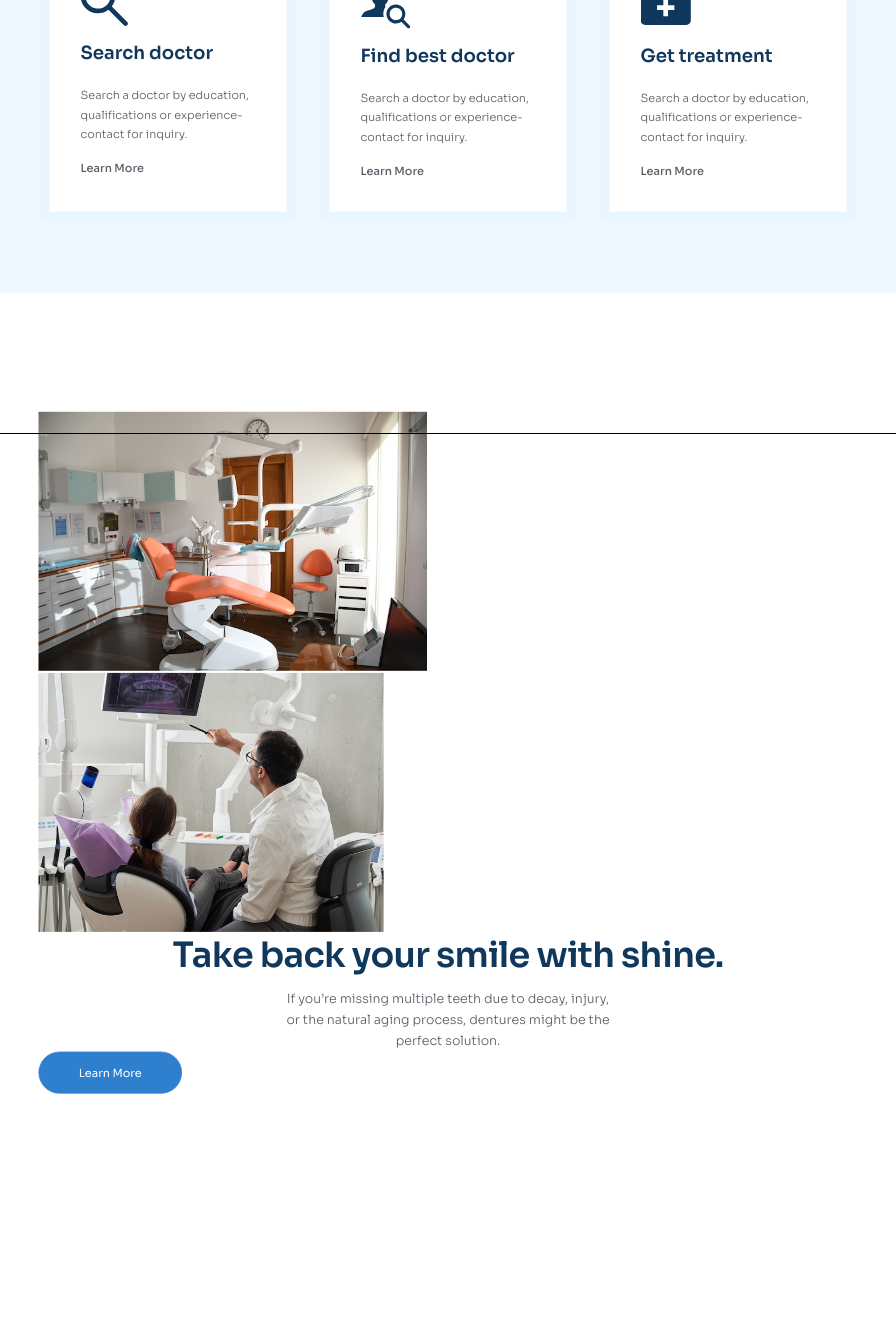
Repository: han2003dz/f8-project-03
Page: index.html
An editor plug-in stored every save of this project. The page is shown before and after the next save, followed by the edit.
The browser window is 1280 px wide. The pictures show the part of the page from y = 2285 to 4205 px (the page is 6000 px tall), at 70% of full size.

Above is the page before, as saved 2023-05-06 20:57:19.

### index.html
<!DOCTYPE html>
<html lang="en">

<head>
    <meta charset="UTF-8">
    <meta http-equiv="X-UA-Compatible" content="IE=edge">
    <meta name="viewport" content="width=device-width, initial-scale=1.0">
    <title>Shine Smile</title>
    <!-- favicon -->
    <link rel="apple-touch-icon" sizes="57x57" href="./assets/favicon/apple-icon-57x57.png">
    <link rel="apple-touch-icon" sizes="60x60" href="./assets/favicon/apple-icon-60x60.png">
    <link rel="apple-touch-icon" sizes="72x72" href="./assets/favicon/apple-icon-72x72.png">
    <link rel="apple-touch-icon" sizes="76x76" href="./assets/favicon/apple-icon-76x76.png">
    <link rel="apple-touch-icon" sizes="114x114" href="./assets/favicon/apple-icon-114x114.png">
    <link rel="apple-touch-icon" sizes="120x120" href="./assets/favicon/apple-icon-120x120.png">
    <link rel="apple-touch-icon" sizes="144x144" href="./assets/favicon/apple-icon-144x144.png">
    <link rel="apple-touch-icon" sizes="152x152" href="./assets/favicon/apple-icon-152x152.png">
    <link rel="apple-touch-icon" sizes="180x180" href="./assets/favicon/apple-icon-180x180.png">
    <link rel="icon" type="image/png" sizes="192x192" href="./assets/favicon/android-icon-192x192.png">
    <link rel="icon" type="image/png" sizes="32x32" href="./assets/favicon/favicon-32x32.png">
    <link rel="icon" type="image/png" sizes="96x96" href="./assets/favicon/favicon-96x96.png">
    <link rel="icon" type="image/png" sizes="16x16" href="./assets/favicon/favicon-16x16.png">
    <link rel="manifest" href="./assets/favicon/manifest.json">
    <meta name="msapplication-TileColor" content="#ffffff">
    <meta name="msapplication-TileImage" content="./assets/favicon/ms-icon-144x144.png">
    <meta name="theme-color" content="#ffffff">
    <!-- embed font -->
    <link rel="preconnect" href="https://fonts.googleapis.com">
    <link rel="preconnect" href="https://fonts.gstatic.com" crossorigin>
    <link href="https://fonts.googleapis.com/css2?family=Sora:wght@300;400;500;600;700&display=swap" rel="stylesheet">
    <!-- my css -->
    <link rel="stylesheet" href="/assets/css/reset.css">
    <link rel="stylesheet" href="/assets/css/style.css">
</head>

<body style="height: 6000px;">
    <header class="header">
        <div class="container">
            <!-- nav -->
            <div class="navigation">
                <a href="#!">
                    <div class="logo">
                        <span class="logo__circle"></span>
                        <span class="logo__text">
                            <span class="logo__brand">shine</span>
                            <span class="logo__brand logo__brand--small">smile</span>
                        </span>
                    </div>
                </a>
                <nav class="navbar">
                    <ul class="nav__list">
                        <li class="nav__item">
                            <a href="#!" class="nav__link nav__link--active">Home</a>
                        </li>
                        <li class="nav__item">
                            <a href="#!" class="nav__link">Services</a>
                        </li>
                        <li class="nav__item">
                            <a href="#!" class="nav__link">About</a>
                        </li>
                        <li class="nav__item">
                            <a href="#!" class="nav__link">Doctors</a>
                        </li>
                    </ul>
                </nav>
                <!-- action -->
                <div class="header-action">
                    <a href="#!" class="header-action__login">Log In</a>
                    <button href="#!" class="header-action__sign-up btn">Sign Up</button>
                </div>
            </div>
            <!-- hero -->
            <section class="hero">
                <!-- hero content -->
                <div class="hero__content">
                    <h1 class="hero__heading">Exceptional dental care for all ages.</h1>
                    <p class="hero__desc">Exceptional dental care for all ages. Your great smile begins with a great
                        dentist.</p>
                    <div class="hero__row">
                        <a href="#!" class="btn hero__btn">Book Online</a>
                        <span class="hero__phone">or call (123) 456-7890</span>
                    </div>
                </div>
                <div class="hero__media">
                    <figure class="hero__images">
                        <img src="./assets/img/img1__hero.jpg" alt="" class="hero__img">
                        <img src="./assets/img/img2__hero.jpg" alt="" class="hero__img">
                    </figure>
                </div>

            </section>
        </div>
    </header>
    <main>
        <!-- service -->
        <div class="service">
            <div class="container">
                <h2 class="section-heading">Our services</h2>
                <p class="section-desc">Exceptional dental care for all ages. Your great smile begins with a great
                    dentist.</p>
                <div class="service__row">
                    <figure>
                        <img src="./assets/img/service-img3.jpg" alt="" class="service__img">
                    </figure>
                    <div>
                        <div class="service__list">
                            <!-- item 1 -->
                            <section class="service-item">
                                <div class="service-item__icon">
                                    <!-- icon -->
                                    <svg width="22" height="24" viewBox="0 0 22 24" fill="none"
                                        xmlns="http://www.w3.org/2000/svg">
                                        <path
                                            d="M20.3598 2.63964C17.9506 -0.556131 14.2772 -0.568132 11.2481 1.10682C11.001 1.24657 10.7219 1.31411 10.4406 1.30222C10.1592 1.29033 9.88633 1.19945 9.65105 1.03931C8.49552 0.245717 7.29036 -0.316477 5.13904 0.207462C0.623408 1.3071 0 4.90379 0 8.99816C0.0797353 12.1602 0.500857 15.3032 1.25551 18.3683C2.11836 22.0168 3.90382 24 5.43354 24C6.96326 24 7.00963 22.2204 7.00963 20.8016C7.00963 19.2009 7.39505 14.8009 10.8642 14.8009C13.5317 14.8009 14.3333 18.4013 14.3333 20.8016C14.3329 23.095 15.1722 24 16.6628 24C19.5267 24 20.9796 15.3938 21.3719 13.1237C21.7642 10.8535 22.9882 6.12569 20.3598 2.63964Z"
                                            fill="currentColor" />
                                    </svg>
                                </div>
                                <div class="service-item__body">
                                    <h3 class="service-item__heading">Oral Surgery</h3>
                                    <p class="service-item__desc">
                                        Everything you expect and then some. Cleanings, fillings, and x-rays.
                                    </p>
                                </div>
                            </section>
                            <!-- item 2 -->
                            <section class="service-item">
                                <div class="service-item__icon">
                                    <!-- icon -->
                                    <svg width="22" height="24" viewBox="0 0 22 24" fill="none"
                                        xmlns="http://www.w3.org/2000/svg">
                                        <path
                                            d="M20.3598 2.63964C17.9506 -0.556131 14.2772 -0.568132 11.2481 1.10682C11.001 1.24657 10.7219 1.31411 10.4406 1.30222C10.1592 1.29033 9.88633 1.19945 9.65105 1.03931C8.49552 0.245717 7.29036 -0.316477 5.13904 0.207462C0.623408 1.3071 0 4.90379 0 8.99816C0.0797353 12.1602 0.500857 15.3032 1.25551 18.3683C2.11836 22.0168 3.90382 24 5.43354 24C6.96326 24 7.00963 22.2204 7.00963 20.8016C7.00963 19.2009 7.39505 14.8009 10.8642 14.8009C13.5317 14.8009 14.3333 18.4013 14.3333 20.8016C14.3329 23.095 15.1722 24 16.6628 24C19.5267 24 20.9796 15.3938 21.3719 13.1237C21.7642 10.8535 22.9882 6.12569 20.3598 2.63964Z"
                                            fill="currentColor" />
                                    </svg>
                                </div>
                                <div class="service-item__body">
                                    <h3 class="service-item__heading">Wisdom Teeth Removal</h3>
                                    <p class="service-item__desc">
                                        Everything you expect and then some. Cleanings, fillings, and x-rays.
                                    </p>
                                </div>
                            </section>
                            <!-- item 3 -->
                            <section class="service-item">
                                <div class="service-item__icon">
                                    <!-- icon -->
                                    <svg width="22" height="24" viewBox="0 0 22 24" fill="none"
                                        xmlns="http://www.w3.org/2000/svg">
                                        <path
                                            d="M20.3598 2.63964C17.9506 -0.556131 14.2772 -0.568132 11.2481 1.10682C11.001 1.24657 10.7219 1.31411 10.4406 1.30222C10.1592 1.29033 9.88633 1.19945 9.65105 1.03931C8.49552 0.245717 7.29036 -0.316477 5.13904 0.207462C0.623408 1.3071 0 4.90379 0 8.99816C0.0797353 12.1602 0.500857 15.3032 1.25551 18.3683C2.11836 22.0168 3.90382 24 5.43354 24C6.96326 24 7.00963 22.2204 7.00963 20.8016C7.00963 19.2009 7.39505 14.8009 10.8642 14.8009C13.5317 14.8009 14.3333 18.4013 14.3333 20.8016C14.3329 23.095 15.1722 24 16.6628 24C19.5267 24 20.9796 15.3938 21.3719 13.1237C21.7642 10.8535 22.9882 6.12569 20.3598 2.63964Z"
                                            fill="currentColor" />
                                    </svg>
                                </div>
                                <div class="service-item__body">
                                    <h3 class="service-item__heading">Preventative Dentistry</h3>
                                    <p class="service-item__desc">
                                        Everything you expect and then some. Cleanings, fillings, and x-rays.
                                    </p>
                                </div>
                            </section>
                        </div>
                        <a href="" class="btn service__btn">All Services</a>
                    </div>
                </div>
            </div>
        </div>
        <section class="work">
            <div class="container">
                <h2 class="section-heading heading__work">How it works</h2>
                <p class="section-desc desc__work">Exceptional dental care for all ages. Your great smile begins with a
                    great dentist.
                </p>
                <div class="work__list">
                    <!-- item 1 -->
                    <section class="work-item">
                        <img src="./assets/icon/search.svg" alt="" class="work-item__icon">
                        <h3 class="work-item__heading">Search doctor</h3>
                        <p class="work-item__desc">Search a doctor by education, qualifications or experience-contact
                            for inquiry.
                        </p>
                        <a href="#!" class="learn-more">Learn More</a>
                    </section>
                    <!-- item 2 -->
                    <section class="work-item">
                        <img src="./assets/icon/search-user.svg" alt="" class="work-item__icon">
                        <h3 class="work-item__heading">Find best doctor</h3>
                        <p class="work-item__desc">Search a doctor by education, qualifications or experience-contact
                            for inquiry.
                        </p>
                        <a href="#!" class="learn-more">Learn More</a>
                    </section>
                    <!-- item 3 -->
                    <section class="work-item">
                        <img src="./assets/icon/bag.svg" alt="" class="work-item__icon">
                        <h3 class="work-item__heading">Get treatment</h3>
                        <p class="work-item__desc">Search a doctor by education, qualifications or experience-contact
                            for inquiry.
                        </p>
                        <a href="#!" class="learn-more">Learn More</a>
                    </section>
                </div>
            </div>
        </section>
        <!-- feature -->
        <div class="feature">
            <div class="container">
                <div class="feature__media">
                    <figure class="feature__images">
                        <img src="./assets/img/feature-img1.jpg" alt="" class="feature__img">
                        <img src="./assets/img/feature-img2.jpg" alt="" class="feature__img">
                    </figure>
                </div>
                <section class="feature__content">
                    <h2 class="section-heading">Take back your smile with shine.</h2>
                    <p class="section-desc">If you’re missing multiple teeth due to decay, injury, or the natural aging
                        process, dentures might be the perfect solution.
                    </p>
                    <a href="#!" class="btn">Learn More</a>
                </section>
            </div>
        </div>
    </main>
    <script src="./assets/app.js"></script>
</body>

</html>

### assets/css/style.css
* {
  box-sizing: border-box;
}
html {
  font-size: 62.5%;
}
body {
  font-size: 1.6rem;
  font-family: "Sora", sans-serif;
}
/* common */
.container {
  width: 1170px;
  max-width: calc(100% - 48px);
  margin: 0 auto;
}
.navigation {
  display: flex;
  justify-content: space-between;
  align-items: center;
}
a {
  text-decoration: none;
}
:root {
  --header-bg: #10375c;
  --primary-color: #2e80ce;
  --height-btn: 60px;
}
.nav__link,
.header-action__login {
  padding: 5px 14px;
  font-size: 1.6rem;
  font-weight: 300;
  color: #c9d2da;
}
.header-action__login:hover,
.nav__link:hover,
.nav__link--active {
  text-shadow: 1px 0 0 #fff;
}
.btn {
  display: inline-block;
  min-width: 205px;
  height: var(--height-btn);
  padding: 0 20px;
  border: 1px solid var(--primary-color);
  line-height: var(--height-btn);
  border-radius: 999px;
  font-weight: 400;
  font-size: 1.6rem;
  text-align: center;
  color: #fff;
  background: var(--primary-color);
}
.btn:hover {
  opacity: 0.9;
  cursor: pointer;
}
/* header */
.header {
  padding-top: 30px;
  padding-bottom: 100px;
  min-height: 100vh;
  background: var(--header-bg);
}

.logo {
  /* 1em = 10px */
  font-size: 1rem;
  position: relative;
  display: inline-flex;
  align-items: center;
}
.logo__circle::before,
.logo__circle::after {
  display: inline-block;
  content: "";
  border-radius: 50%;
}
.logo__circle::before {
  width: 3em;
  height: 3em;
  background: var(--primary-color);
}
.logo__circle::after {
  width: 1.6em;
  height: 1.6em;
  background: #fff;
  position: absolute;
  top: 1.1em;
  left: 1.1em;
}
.logo__text {
  margin-left: 0.6em;
  text-align: right;
  line-height: 1.6em;
}
.logo__brand {
  display: block;
  font-weight: 400;
  font-size: 1.8em;
  color: #fff;
}
.logo__brand--small {
  font-size: 1.2em;
  font-weight: 300;
}
/* navbar */
.navbar .nav__list {
  display: flex;
}
.nav__link {
  padding: 5px 21px;
}
.nav__link--active {
  pointer-events: none;
}
.nav__link--active::before {
  position: relative;
  left: -8px;
  bottom: 2px;
  content: "";
  display: inline-block;
  width: 6px;
  height: 6px;
  background: #fff;
  border-radius: 50%;
}
/* header-action */
.header-action {
  display: flex;
  align-items: center;
}
.header-action__login {
  margin-right: 7px;
}
.header-action__sign-up {
  min-width: 120px;
}
/* hero */
.hero {
  display: flex;
  margin-top: 76px;
  align-items: center;
}
.hero__content {
  /* giải quyết vấn đề co nhỏ */
  flex-shrink: 0;
  width: 44%;
}
.hero__media {
  flex-grow: 1;
}
.hero__heading {
  font-weight: 600;
  font-size: 7rem;
  line-height: 1.14;
  /* or 114% */
  letter-spacing: -0.02em;
  color: #ffffff;
}
.hero__desc {
  font-weight: 300;
  font-size: 1.8rem;
  line-height: 1.67;
  /* or 167% */
  color: #c9d2da;
  margin-top: 22px;
  margin-bottom: 38px;
}
.hero__phone {
  font-weight: 400;
  font-size: 1.8rem;
  line-height: 1.67;
  color: #fff;
}
.hero__row {
  display: flex;
  align-items: center;
  gap: 38px;
}
.hero__images {
  display: flex;
  align-items: center;
  justify-content: flex-end;
}
.hero__img {
  width: 330px;
  height: 500px;
  border-radius: 6px;
  object-fit: cover;
}
.hero__img:last-child {
  width: 210px;
  height: 400px;
}
/* service */
.service {
  padding: 170px 0;
}
.section-heading,
.section-desc {
  text-align: center;
}
.section-heading {
  font-weight: 600;
  font-size: 5rem;
  line-height: 1.2;
  /* identical to box height, or 120% */
  letter-spacing: -0.02em;
  color: #10375c;
  margin-bottom: 18px;
}
.section-desc {
  font-weight: 300;
  font-size: 1.8rem;
  line-height: 1.67;
  /* or 167% */
  margin: 0 auto;
  color: #575f66;
  max-width: 468px;
}
.service__row {
  margin-top: 70px;
  display: flex;
  justify-content: space-between;
  align-items: center;
}
.service__img {
  width: 570px;
  height: 570px;
  object-fit: cover;
  border-radius: 12px;
}
.service-item {
  display: flex;
  max-width: 420px;
  height: 128px;
  background: #ffffff;
  border-radius: 10px;
  align-items: center;
}
.service-item:hover {
  box-shadow: 0px 14px 28px rgba(0, 0, 0, 0.05);
  border-radius: 10px;
  cursor: pointer;
  position: relative;
}
.service-item:hover .service-item__icon {
  background: #2e80ce;
  box-shadow: 0px 8px 16px rgba(40, 155, 222, 0.15);
  color: #fff;
}
.service-item__heading {
  font-weight: 600;
  font-size: 1.8rem;
  line-height: 1.27;
  /* identical to box height */
  color: #10375c;
  margin-bottom: 8px;
}
.service-item__desc {
  font-weight: 300;
  font-size: 1.6rem;
  line-height: 1.75;
  /* or 175% */
  color: #575f66;
  max-width: 308px;
}
.service-item__icon {
  display: flex;
  justify-content: center;
  align-items: center;
  margin-right: 19px;
  margin-left: 22px;
  flex-shrink: 0;
  width: 60px;
  height: 60px;
  border-radius: 50%;
  background: #eff6fd;
  box-shadow: 0px 8px 16px rgba(0, 0, 0, 0.05);
  color: #10375c;
}
.service-item__body {
  margin-left: 20px;
}
.service__btn {
  margin-top: 55px;
}
/* work */
.work {
  padding: 100px 0;
  background: #f0f8ff;
}
.heading__work,
.desc__work {
  text-align: left;
  margin: 0;
}
.desc__work {
  margin-top: 18px;
}
.work__list {
  display: grid;
  grid-template-columns: repeat(3, 1fr);
  margin-top: 70px;
  column-gap: 30px;
}
.work-item{
  padding: 44px;
  border-radius: 12px;
  border: 16px solid #EAF6FF;
  background: #fff;
  transition: .25s;
}
.work-item:hover{
  border: 16px solid var(--primary-color);
  transform: translateY(-16px);
}
.work-item__heading {
  margin-top: 18px;
  font-weight: 600;
  font-size: 2.6rem;
  line-height: 1.38;
  /* identical to box height, or 138% */
  color: var(--header-bg);
}
.work-item__desc, .learn-more {
  margin-top: 28px;
  font-weight: 300;
  font-size: 16px;
  line-height: 28px;
  /* or 175% */
  color: #575f66;
}
.learn-more{
  display: inline-block;
  margin-top: 20px;
  font-weight: 500;
}
.learn-more:hover{
  font-weight: 600;
  color: #2e80ce;
  transition: 0.2s;
  transform: translateY(-3px);
}
/* feature */
.feature{
  margin-top: 85px;
  padding: 85px 0;
}
.feature__media{
  width: 48%;
}
.feature__images{
  position: relative;
}
.feature__img{
  w512px;
  height: 370px;
}

### assets/app.js
const navItems = document.querySelectorAll(".nav__link");
function handleClickNav(event){
    [...navItems].forEach(item => item.classList.remove("nav__link--active"));
    event.target.classList.add("nav__link--active");
    console.log(event.target);
}
[...navItems].forEach(item => item.addEventListener("click", handleClickNav));

Loaded but not shown: assets/css/reset.css (common file)

After the next save:
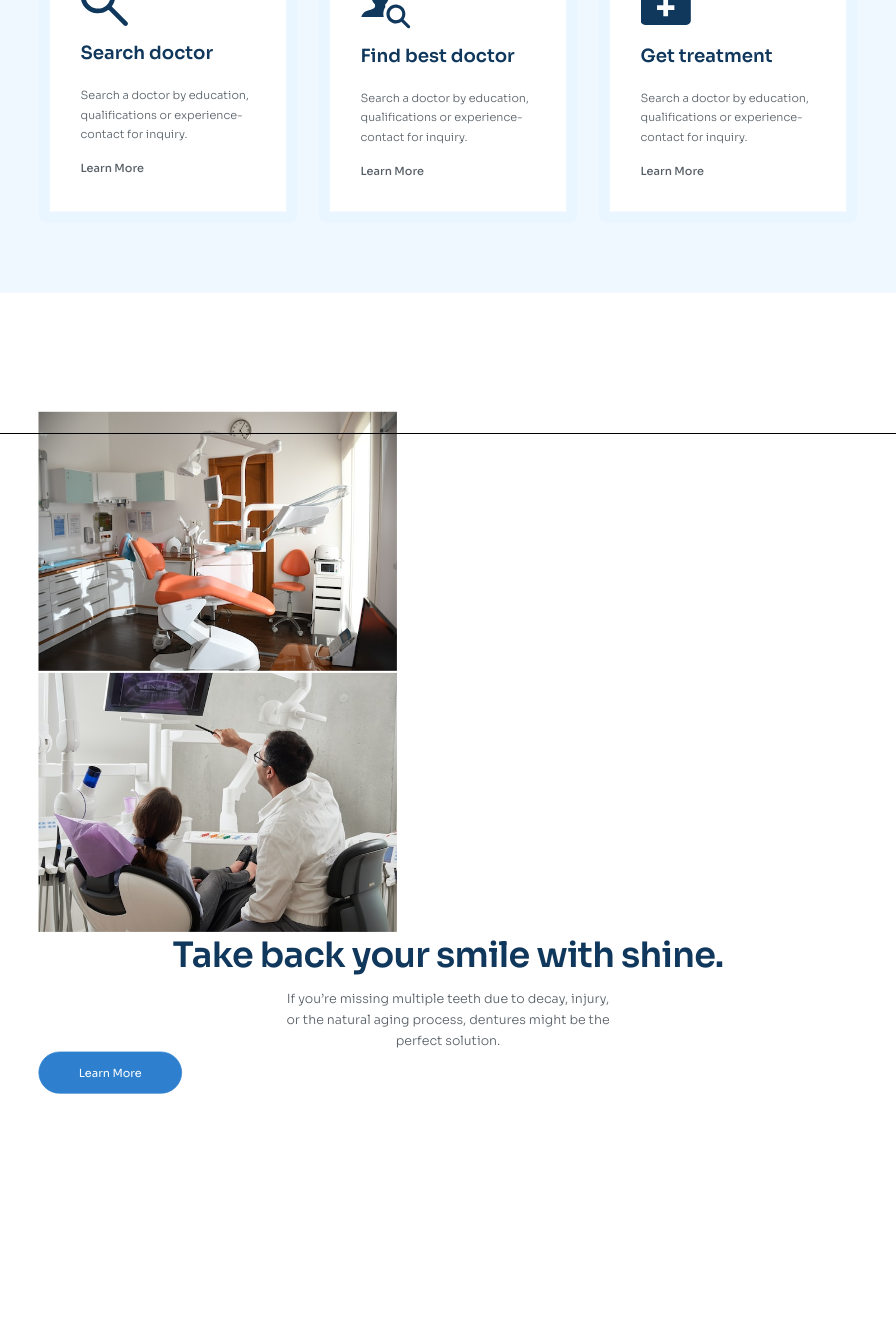
Saved 18 s later.
--- a/assets/css/style.css
+++ b/assets/css/style.css
@@ -357,6 +357,6 @@ a {
   position: relative;
 }
 .feature__img{
-  w512px;
+  width: 512px;
   height: 370px;
 }
